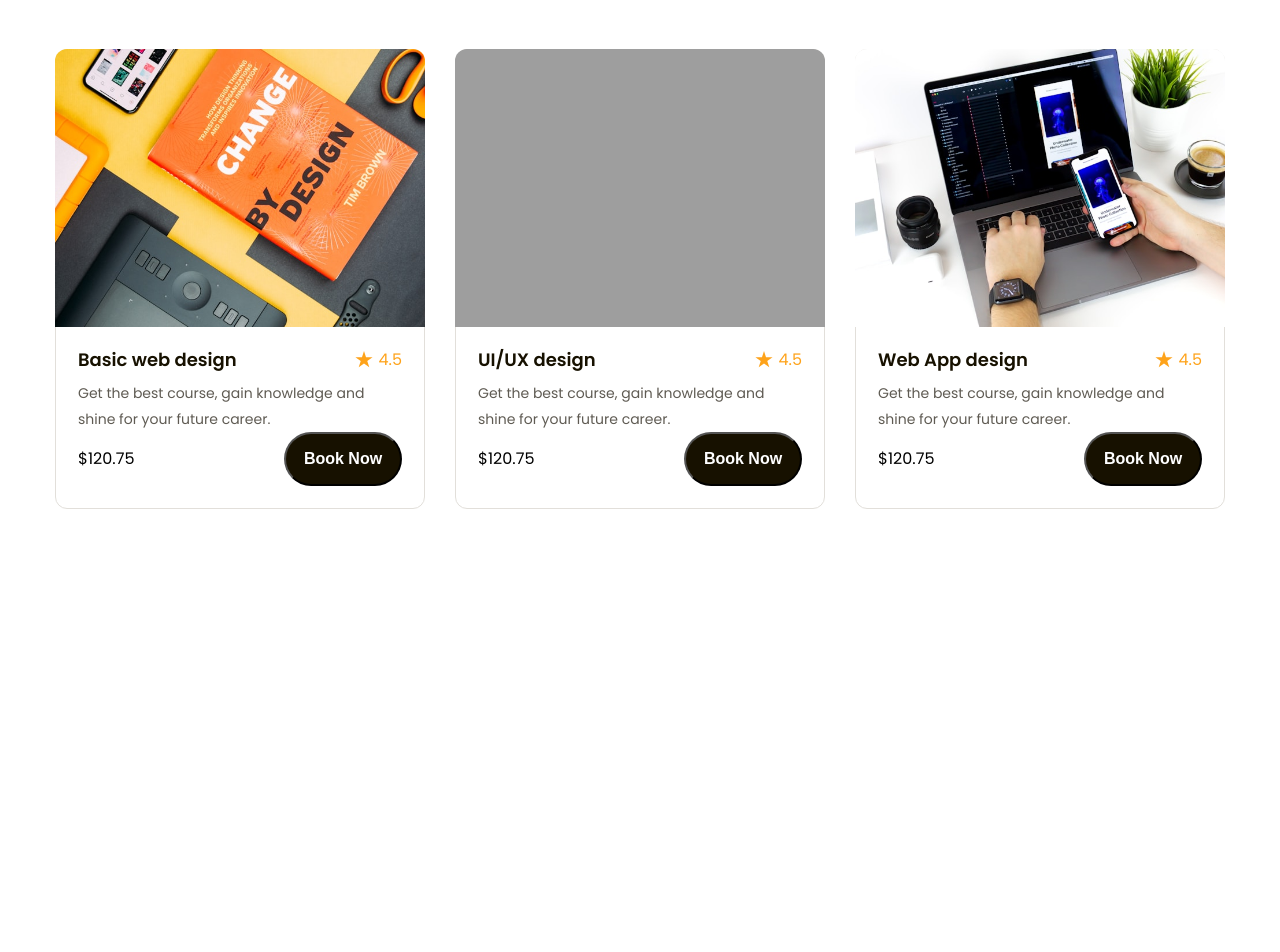
Repository: vancong171001/f8-html-css-02
Page: index.html
These files come from the project's save history. The page is drawn as it stood at one moment and after the next save; the edit follows.
The browser window is 1280 px wide. The pictures show the part of the page from y = 1250 to 2202 px (the page is 5000 px tall).
Pictures or frames that could not be fetched are drawn as grey boxes. A picture or video elsewhere on the page could not be fetched, so the positions and the page height are approximate.

Above is the page before, as saved 2025-03-11 14:27:36.

### index.html
<!DOCTYPE html>
<html lang="en">
  <head>
    <meta charset="UTF-8" />
    <meta name="viewport" content="width=device-width, initial-scale=1.0" />
    <title>F8 Project 02</title>
    <!-- Reset CSS -->
    <link rel="stylesheet" href="./assets/css/reset.css" />

    <!-- Embed fonts -->
    <link rel="preconnect" href="https://fonts.googleapis.com" />
    <link rel="preconnect" href="https://fonts.gstatic.com" crossorigin />
    <link
      href="https://fonts.googleapis.com/css2?family=Poppins:ital,wght@0,400;0,500;0,600;0,700;1,400&family=Sen:wght@700&display=swap"
      rel="stylesheet"
    />

    <!-- Style CSS -->
    <link rel="stylesheet" href="assets/css/style.css" />
  </head>
  <body>
    <main style="height: 5000px">
      <!-- Header -->
      <header class="header fixed">
        <div class="main-content">
          <div class="body">
            <!-- Logo -->
            <img src="./assets/img/logo.svg" alt="Lesson" class="logo" />

            <!-- Nav -->
            <nav class="nav">
              <ul>
                <li class="active">
                  <a href="#!">Home</a>
                </li>
                <li>
                  <a href="#!">Courses</a>
                </li>
                <li>
                  <a href="#!">Pricing</a>
                </li>
                <li>
                  <a href="#!">Reviews</a>
                </li>
              </ul>
            </nav>

            <!-- Action -->
            <div class="action">
              <a href="#!" class="btn sign-up-btn">Sign Up</a>
            </div>
          </div>
        </div>
      </header>

      <!-- Hero -->
      <div class="hero">
        <div class="main-content">
          <div class="body">
            <!-- Hero left -->
            <div class="media-block">
              <img
                src="https://images.unsplash.com/photo-1740734940319-7208196590b7?w=600&auto=format&fit=crop&q=60&ixlib=rb-4.0.3&ixid=M3wxMjA3fDB8MHxmZWF0dXJlZC1waG90b3MtZmVlZHwxNHx8fGVufDB8fHx8fA%3D%3D"
                alt="Learn without limits and spread knowledge."
                class="img"
              />

              <div class="hero-summary">
                <div class="item">
                  <div class="icon">
                    <img src="./assets/icon/list.svg" alt="" />
                  </div>
                  <div class="info">
                    <p class="lable">20 Courses</p>
                    <p class="title">UI/UX Design</p>
                  </div>
                </div>
                <div class="item">
                  <div class="icon">
                    <img src="./assets/icon/code.svg" alt="" />
                  </div>
                  <div class="info">
                    <p class="lable">20 Courses</p>
                    <p class="title">Development</p>
                  </div>
                </div>
                <div class="item">
                  <div class="icon">
                    <img src="./assets/icon/speaker.svg" alt="" />
                  </div>
                  <div class="info">
                    <p class="lable">30 Courses</p>
                    <p class="title">Marketing</p>
                  </div>
                </div>
              </div>
            </div>

            <!-- Hero right -->
            <div class="content-block">
              <h1 class="heading lv1">
                Learn without limits and spread knowledge.
              </h1>
              <p class="desc">
                Build new skills for that “this is my year” feeling with
                courses, certificates, and degrees from world-class universities
                and companies.
              </p>
              <div class="cta-group">
                <a href="#!" class="btn hero-cta">See Courses</a>
                <button class="watch-video">
                  <div class="icon">
                    <img src="./assets/icon/play.svg" alt="" />
                  </div>
                  <span>Watch Video</span>
                </button>
              </div>
              <p class="desc">Recent engagement</p>
              <p class="desc stats">
                <strong>50K</strong> Students <strong>70+</strong> Courses
              </p>
            </div>
          </div>
        </div>
      </div>

      <!-- Popular -->
      <div class="popular">
        <div class="main-content">
          <div class="popular-top">
            <div class="info">
              <h2 class="heading lv2">Our popular courses</h2>
              <p class="desc">
                Build new skills with new trendy courses and shine for the next
                future career.
              </p>
            </div>
            <div class="controls">
              <button class="control-btn">
                <svg
                  width="8"
                  height="14"
                  viewBox="0 0 8 14"
                  fill="none"
                  xmlns="http://www.w3.org/2000/svg"
                >
                  <path
                    d="M7 1L1 7L7 13"
                    stroke="currentColor"
                    stroke-linecap="round"
                    stroke-linejoin="round"
                  />
                </svg>
              </button>
              <button class="control-btn">
                <svg
                  width="8"
                  height="14"
                  viewBox="0 0 8 14"
                  fill="none"
                  xmlns="http://www.w3.org/2000/svg"
                >
                  <path
                    d="M1 1L7 7L1 13"
                    stroke="currentColor"
                    stroke-linecap="round"
                    stroke-linejoin="round"
                  />
                </svg>
              </button>
            </div>
          </div>

          <div class="course-list">
            <!-- Course Item 1 -->
            <div class="course-item">
              <img
                src="./assets/img/course-1.jpg"
                alt="Basic web design"
                class="thumb"
              />
              <div class="info">
                <div class="head">
                  <h3 class="title">Basic web design</h3>
                  <div class="rating">
                    <img src="./assets/icon/star.svg" alt="Star" class="star" />
                    <span class="value">4.5</span>
                  </div>
                </div>
                <p class="desc">
                  Get the best course, gain knowledge and shine for your future
                  career.
                </p>
                <div class="foot">
                  <span class="price">$120.75</span>
                  <button class="btn">Book Now</button>
                </div>
              </div>
            </div>
            <!-- Course Item 2 -->
            <div class="course-item">
              <img
                src="./assets/img/course-2.jpg"
                alt="UI/UX design"
                class="thumb"
              />
              <div class="info">
                <div class="head">
                  <h3 class="title">UI/UX design</h3>
                  <div class="rating">
                    <img src="./assets/icon/star.svg" alt="Star" class="star" />
                    <span class="value">4.5</span>
                  </div>
                </div>
                <p class="desc">
                  Get the best course, gain knowledge and shine for your future
                  career.
                </p>
                <div class="foot">
                  <span class="price">$120.75</span>
                  <button class="btn">Book Now</button>
                </div>
              </div>
            </div>
            <!-- Course Item 3 -->
            <div class="course-item">
              <img
                src="./assets/img/course-3.jpg"
                alt="Web App design"
                class="thumb"
              />
              <div class="info">
                <div class="head">
                  <h3 class="title">Web App design</h3>
                  <div class="rating">
                    <img src="./assets/icon/star.svg" alt="Star" class="star" />
                    <span class="value">4.5</span>
                  </div>
                </div>
                <p class="desc">
                  Get the best course, gain knowledge and shine for your future
                  career.
                </p>
                <div class="foot">
                  <span class="price">$120.75</span>
                  <button class="btn">Book Now</button>
                </div>
              </div>
            </div>
          </div>
        </div>
      </div>
    </main>
  </body>
</html>

### assets/css/style.css
* {
  box-sizing: border-box;
}

:root {
  --primary-color: #ffb900;
  --font-heading: Sen, san-serif;
}

html {
  font-size: 62.5%;
}

body {
  font-size: 1.6rem;
  font-family: "Poppins", sans-serif;
}

/* ========== Common ========= */
a {
  text-decoration: none;
}

.btn {
  display: inline-block;
  min-width: 118px;
  padding: 0 16px;
  line-height: 50px;
  color: #fff;
  text-align: center;
  font-size: 1.6rem;
  font-weight: 600;
  border-radius: 999px;
  background: #171100;
}

.btn:hover {
  opacity: 0.9;
}

.heading {
  color: #171100;
  font-family: var(--font-heading);
  font-weight: 700;
  letter-spacing: -0.02em;
}

.heading.lv1 {
  font-size: 5.8rem;
  line-height: 1.17; /* 117.241% */
}

.heading.lv2 {
  font-size: 3.8rem;
  line-height: 1.26; /* 126.316% */
}

.main-content {
  width: 1170px;
  max-width: calc(100% - 48px);
  margin-left: auto;
  margin-right: auto;
}

/* ========== Header ========= */
.header {
  background: #fffcf4;
}

.header.fixed {
  position: sticky;
  top: -28px;
  z-index: 1;
}

.header .body {
  display: flex;
  align-items: center;
  padding: 36px 0 8px;
}

.nav {
  margin-left: auto;
}

.nav ul {
  display: flex;
}

.nav a {
  position: relative;
  padding: 8px 21px;
  color: #5f5b53;
  font-size: 1.6rem;
}

.nav a:hover,
.nav li.active a {
  /* font-weight: 600; */
  text-shadow: 1px 0 0 currentColor;
  color: #171100;
}

.nav li.active a::after {
  content: "";
  position: absolute;
  left: 21px;
  bottom: 6px;
  display: block;
  width: 12px;
  height: 2px;
  border-radius: 1px;
  background: #171100;
}

.header .sign-up-btn {
  min-width: 144px;
}

.header .action {
  margin-left: 49px;
}

/* ========== Hero ========= */
.hero {
  padding: 56px 0 65px;
  background: #fffcf4;
}

.hero .body {
  display: flex;
}

/* Hero Left */
.hero .media-block {
  position: relative;
  width: 48%;
}

.hero .media-block .img {
  width: 470px;
  height: 685px;
  object-fit: cover;
  border-radius: 20px;
  display: block;
}

.hero-summary {
  position: absolute;
  right: 0;
  bottom: 48px;
  width: 270px;
  padding: 24px;
  border-radius: 12px;
  background: #fff;
  box-shadow: 0px 16px 32px 0px rgba(0, 0, 0, 0.05);
}

.hero-summary .item {
  display: flex;
  align-items: center;
}

.hero-summary .item + .item {
  margin-top: 22px;
}

.hero-summary .icon {
  width: 48px;
  height: 48px;
  border-radius: 50%;
  display: flex;
  justify-content: center;
  align-items: center;
  background: #fff9e8;
}

.hero-summary .item:nth-of-type(2) .icon {
  background: #fcefff;
}
.hero-summary .item:last-child .icon {
  background: #ebeaff;
}

.hero-summary .info {
  margin-left: 16px;
}

.hero-summary .lable {
  color: #5f5b53;
  font-size: 1.4rem;
  line-height: 1.86; /* 185.714% */
}

.hero-summary .title {
  color: #171100;
  font-size: 1.8rem;
  font-weight: 600;
  line-height: 1.67; /* 166.667% */
}

/* Hero Right */
.hero .content-block {
  width: 52%;
  padding: 64px 0 0 130px;
}

.hero .desc {
  margin-top: 22px;
  color: #5f5b53;
  font-size: 1.8rem;
  line-height: 1.67; /* 166.667% */
}

.hero .cta-group {
  display: flex;
  align-items: center;
  margin: 38px 0 48px;
}

.hero .hero-cta {
  min-width: 180px;
  line-height: 64px;
  background: var(--primary-color);
  border-radius: 32px;
}

.hero .watch-video {
  display: flex;
  align-items: center;
  border: none;
  background: transparent;
  margin-left: 28px;
  cursor: pointer;
}

.hero .watch-video .icon {
  width: 40px;
  height: 40px;
  border-radius: 50%;
  display: flex;
  justify-content: center;
  align-items: center;
  background: #ffffff;
  box-shadow: 0px 8px 16px rgba(0, 0, 0, 0.07);
}

.hero .watch-video span {
  color: #171100;
  font-size: 1.8rem;
  font-weight: 600;
  line-height: 1.67; /* 166.667% */
  margin-left: 14px;
}

.hero .stats {
  margin: 8px 0 0 -28px;
}

.hero .stats strong {
  color: #171100;
  font-family: var(--font-heading);
  font-size: 4.4rem;
  font-weight: 700;
  line-height: 1.22; /* 122.727% */
  padding: 0 8px 0 28px;
}

/* ========== Hero ========= */
.popular {
  padding: 65px 0;
  margin-top: 135px;
}

.popular-top {
  display: flex;
  justify-content: space-between;
  align-items: center;
}

.popular-top .desc {
  color: #5f5b53;
  font-size: 1.8rem;
  line-height: 1.67; /* 166.667% */
  margin-top: 16px;
  width: 458px;
}

.popular-top .controls {
  display: flex;
  gap: 18px;
}

.popular-top .control-btn {
  background: transparent;
  border: 1px solid var(--primary-color);
  width: 40px;
  height: 40px;
  border-radius: 50%;
  display: flex;
  justify-content: center;
  align-items: center;
  color: var(--primary-color);
}

.popular-top .control-btn:hover {
  background: var(--primary-color);
  color: #fff;
  cursor: pointer;
}

.popular .course-list {
  margin-top: 55px;
  display: flex;
  gap: 30px;
}

.popular .course-item {
  flex: 1;
  border-radius: 12px;
  border: 1px solid #e2dfda;
  background: #fff;
}

.popular .course-item .thumb {
  width: calc(100% + 2px);
  border-radius: 12px 12px 0px 0px;
  height: 278px;
  object-fit: cover;
  margin: -1px;
}

.popular .info {
  margin: 16px 22px 22px;
}

.popular .course-item .head,
.popular .course-item .rating,
.popular .course-item .foot {
  display: flex;
  justify-content: space-between;
  align-items: center;
}

.popular .course-item .title {
  color: #171100;
  font-size: 1.8rem;
  font-weight: 600;
  line-height: 1.67; /* 166.667% */
}

.popular .rating .value {
  color: #fea31b;
  font-size: 1.6rem;
  margin-left: 6px;
  line-height: 1.75;
}

.popular .desc {
  color: #5f5b53;
  font-size: 1.4rem;
  line-height: 1.85; /* 185.714% */
  margin-top: 6px;
}

.popular .foot {
  mt
}

Loaded but not shown: assets/css/reset.css (common file)

After the next save:
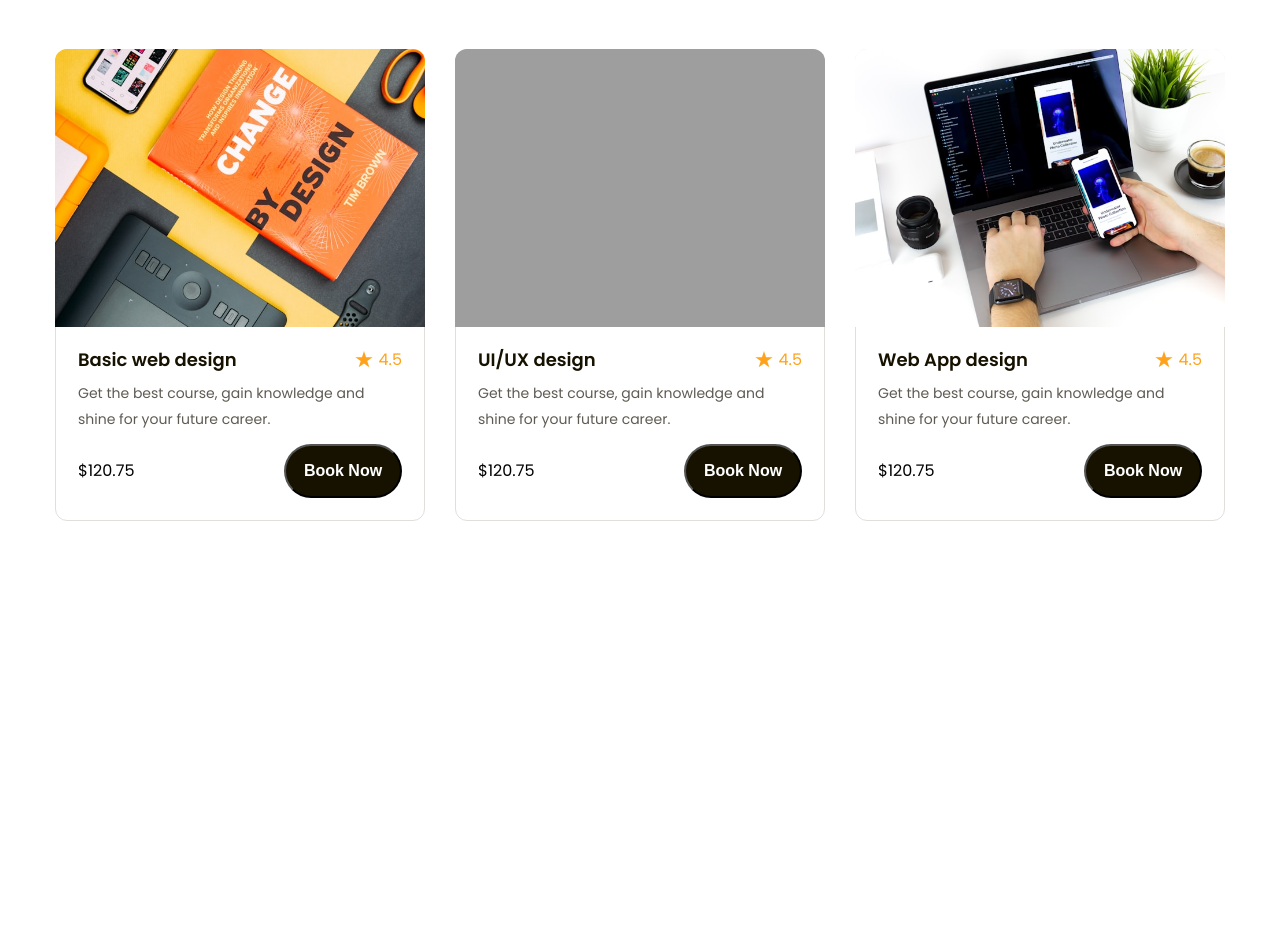
Saved 8 s later.
--- a/assets/css/style.css
+++ b/assets/css/style.css
@@ -364,5 +364,5 @@
 }
 
 .popular .foot {
-  mt
-}
+  margin-top: 12px;
+}
